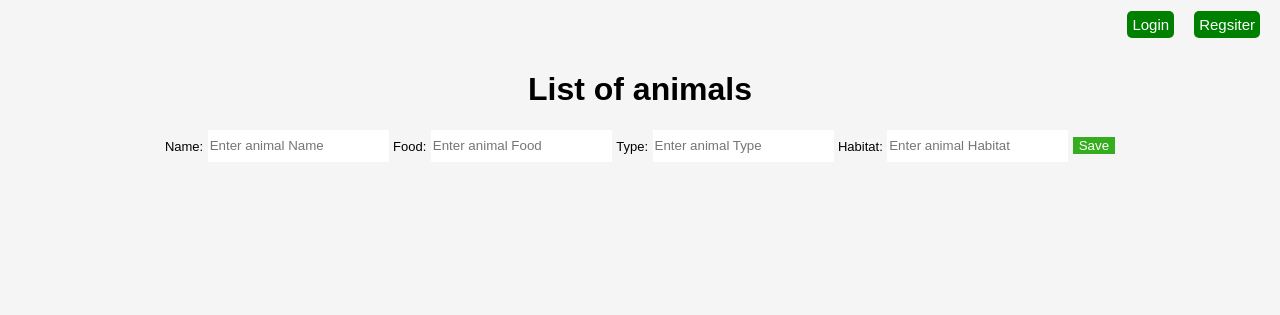
Repository: Dennis-star1001/PHP-CRUD
Page: http://localhost/index.php
The author's editor kept a copy of each file at every save. The page is drawn from the files as they stood at one save, then again after a run of saves.
The browser window is 1280 px wide. The pictures show the whole page.
The page is run by PHP 8.4 with error messages shown; the project is at /var/www/html/.

Above is the page before, as saved 2022-07-05 22:56:10.

### index.php
<!DOCTYPE html>
<html lang="en">

<head>
    <meta charset="UTF-8">
    <meta http-equiv="X-UA-Compatible" content="IE=edge">
    <meta name="viewport" content="width=device-width, initial-scale=1.0">
    <link rel="stylesheet" href="style.css">

    <title>Document</title>
</head>

<body>
    <nav>
        <ul class="nav-links">
            <li><a href="login.php">Login</a></li>
            <li><a href="register.php">Regsiter</a></li>
        </ul>
    </nav>

    <div class="main-animal">
        <h1>List of animals</h1>
        <form method="POST" action="index.php">
            <label for="name">Name:</label>
            <input type="text" placeholder="Enter animal Name" name='name'>

            <label for="name">Food:</label>
            <input type="text" placeholder="Enter animal Food" name='food'>

            <label for="name">Type:</label>
            <input type="text" placeholder="Enter animal Type" name='type'>

            <label for="name">Habitat:</label>
            <input type="text" placeholder="Enter animal Habitat" name='habitat'>
            <button type='submit' value="Save" class="submit">Save</button>
        </form>

    </div>
</body>

</html>

### style.css
body {
    margin: 0px;
    font-family: sans-serif;
    background-color: whitesmoke;
}

.title{

    text-align: center;

}

.container{
    display: flex;
    justify-content: center;
    align-items: center;
    height: 100vh;
}
.left{
    display: flex;
    flex-direction: column;
    width: 20%;
    /* border: 1px solid black; */
    box-shadow: 0 2px 5px gray;
    border-radius: 10px;
    padding: 20px;
    gap: 10px;
}
.input-field{
    display: flex;
    flex-direction: column;
}
input{
    height: 30px;
    border: none;

}
input:focus{
    outline: none;
    border-bottom: 1px solid gray;
}
label{
    font-size: 13px;
}
.submit{
    background-color: rgb(54, 173, 30);
    border: none;
    color: white;
}
.error {
    height: 5%;
    width: 100%;
    background-color: pink;
    color: red;
    font-family: sans-serif;
    display: flex;
    justify-content: center;
    align-items: center;
    font-size: 15px;
}

.success {
    height: 10%;
    width: 100%;
    background-color: lightgreen;
    color: green;
    font-family: sans-serif;
    display: flex;
    justify-content: center;
    align-items: center;
    font-size: 15px;
}
p{
    font-size: 11px;
    text-align: center;
}
.nav-links{
    display: flex;
    list-style: none;
    justify-content: right;
    padding-right: 10px;

}

.nav-links li a{
    padding: 5px;
    border-radius: 5px;
    margin: 5px 10px;
    font-size: 15px;
    text-decoration: none;
    color: white;
    background-color: green;
}
.main-animal{
    display: flex;
    justify-content: center;
    flex-direction: column;
    align-items: center;
}

After the next 2 saves:
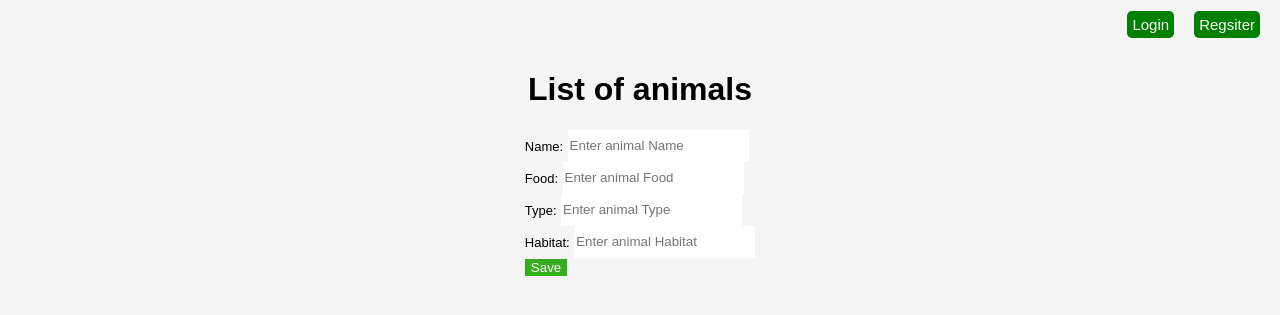
The 2 saves are shown as one change because they came seconds apart.
The last was saved 2 min 14 s later.
--- a/index.php
+++ b/index.php
@@ -21,17 +21,27 @@
     <div class="main-animal">
         <h1>List of animals</h1>
         <form method="POST" action="index.php">
-            <label for="name">Name:</label>
-            <input type="text" placeholder="Enter animal Name" name='name'>
+            <div>
+                <label for="name">Name:</label>
+                <input type="text" placeholder="Enter animal Name" name='name'>
+            </div>
 
-            <label for="name">Food:</label>
-            <input type="text" placeholder="Enter animal Food" name='food'>
+            <div>
+                <label for="name">Food:</label>
+                <input type="text" placeholder="Enter animal Food" name='food'>
+            </div>
 
-            <label for="name">Type:</label>
-            <input type="text" placeholder="Enter animal Type" name='type'>
+            <div>
+                <label for="name">Type:</label>
+                <input type="text" placeholder="Enter animal Type" name='type'>
+            </div>
 
-            <label for="name">Habitat:</label>
-            <input type="text" placeholder="Enter animal Habitat" name='habitat'>
+
+            <div>
+                <label for="name">Habitat:</label>
+                <input type="text" placeholder="Enter animal Habitat" name='habitat'>
+            </div>
+
             <button type='submit' value="Save" class="submit">Save</button>
         </form>
 
